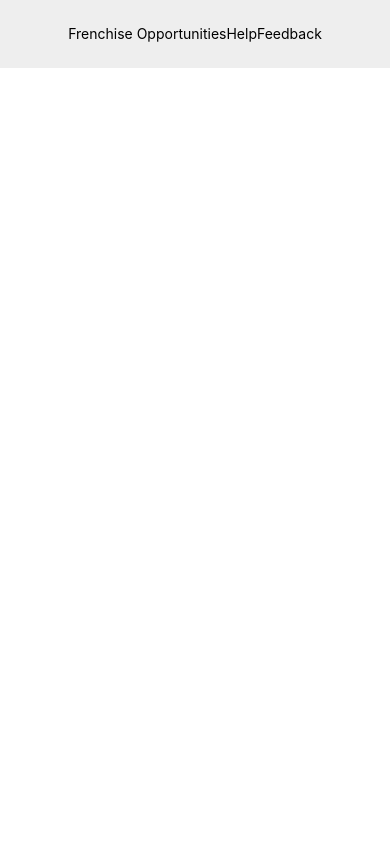
Repository: dodibahari019/TestFrontend
Screen: /
These files come from the project's save history. The screen is drawn as it stood at one moment and after the next save; the edit follows.
The app was drawn by React Native's web renderer in a window 390 px wide. The project was rebuilt for these pictures with package versions that can differ from the ones it lists, and the page was loaded fresh each time. Some packages were replaced by stand-ins written for this rebuild.

Above is the screen before, as saved 2024-12-30 15:04:16.

After the next save:
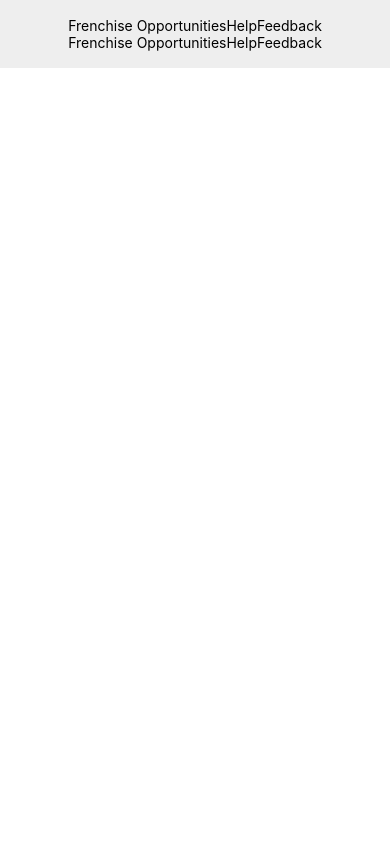
Saved 4 s later.
--- a/App.js
+++ b/App.js
@@ -7,6 +7,17 @@ export default function App() {
       <StatusBar style="auto" />
       {/* <Text>Open up App.js to start working on your app!</Text> */}
       <View style={{ width:'100%', height:'8%', position:'absolute', top:0, backgroundColor:'#eeeeee', justifyContent:'center', alignItems:'center' }}>
+        <View style={{ flexDirection:'row', justifyContent:'space-between' }}>
+          <TouchableOpacity>
+            <Text style={{ color:'#000000' }}>Frenchise Opportunities</Text>
+          </TouchableOpacity>
+          <TouchableOpacity>
+            <Text style={{ color:'#000000' }}>Help</Text>
+          </TouchableOpacity>
+          <TouchableOpacity>
+            <Text style={{ color:'#000000' }}>Feedback</Text>
+          </TouchableOpacity>
+        </View>
         <View style={{ flexDirection:'row', justifyContent:'space-between' }}>
           <TouchableOpacity>
             <Text style={{ color:'#000000' }}>Frenchise Opportunities</Text>
